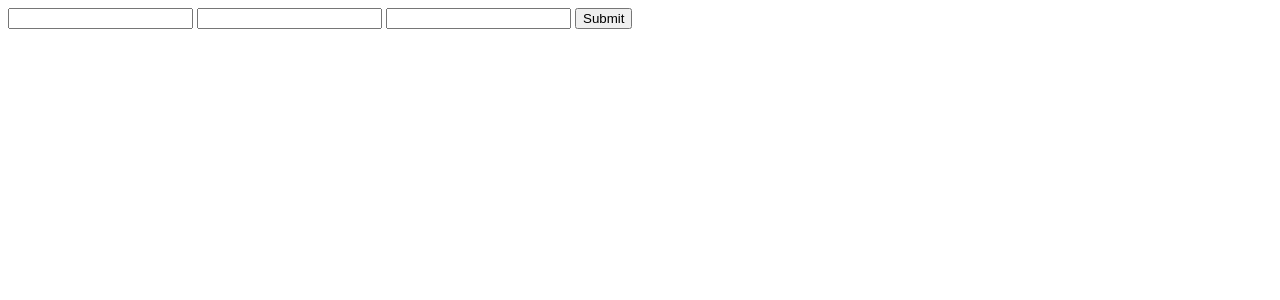
Repository: nihitsaxena95/NihitJava_Practice
Page: Nihitsamplee/Javaee1/Logged/WebContent/index.html
These files come from the project's save history. The page is drawn as it stood at one moment and after the next save; the edit follows.
The browser window is 1280 px wide. The pictures show the whole page.

Above is the page before, as saved 2017-07-13 05:11:25.

### Nihitsamplee/Javaee1/Logged/WebContent/index.html
<!DOCTYPE html>
<html>
<head>
<meta charset="ISO-8859-1">
<title>Insert title here</title>
</head>
<body>
<form action="View" method="get">
<input type="text" name="name">
<input type="number" name="age">
<input type="number" name="salary">
<button type="submit">Submit</button>
</form>
</body>
</html>

After the next save:
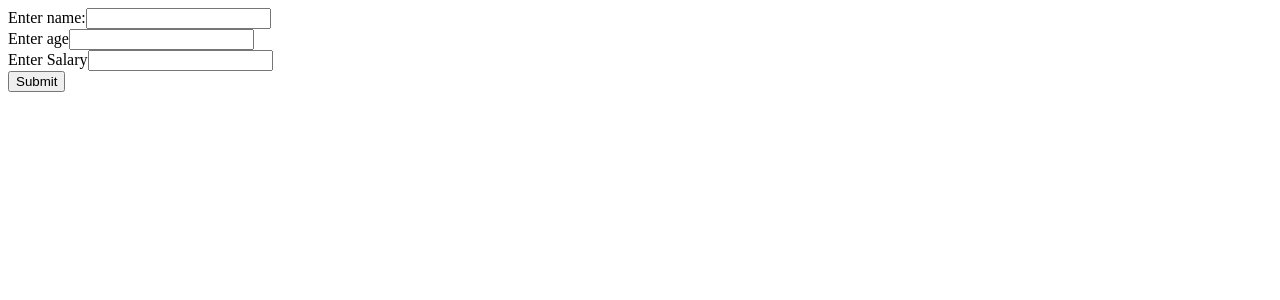
Saved 3 min 13 s later.
--- a/Nihitsamplee/Javaee1/Logged/WebContent/index.html
+++ b/Nihitsamplee/Javaee1/Logged/WebContent/index.html
@@ -6,10 +6,10 @@
 </head>
 <body>
 <form action="View" method="get">
-<input type="text" name="name">
-<input type="number" name="age">
-<input type="number" name="salary">
-<button type="submit">Submit</button>
+Enter name:<input type="text" name="name">
+<br>Enter age<input type="number" name="age">
+<br>Enter Salary<input type="number" name="salary">
+<br><button type="submit">Submit</button>
 </form>
 </body>
 </html>
